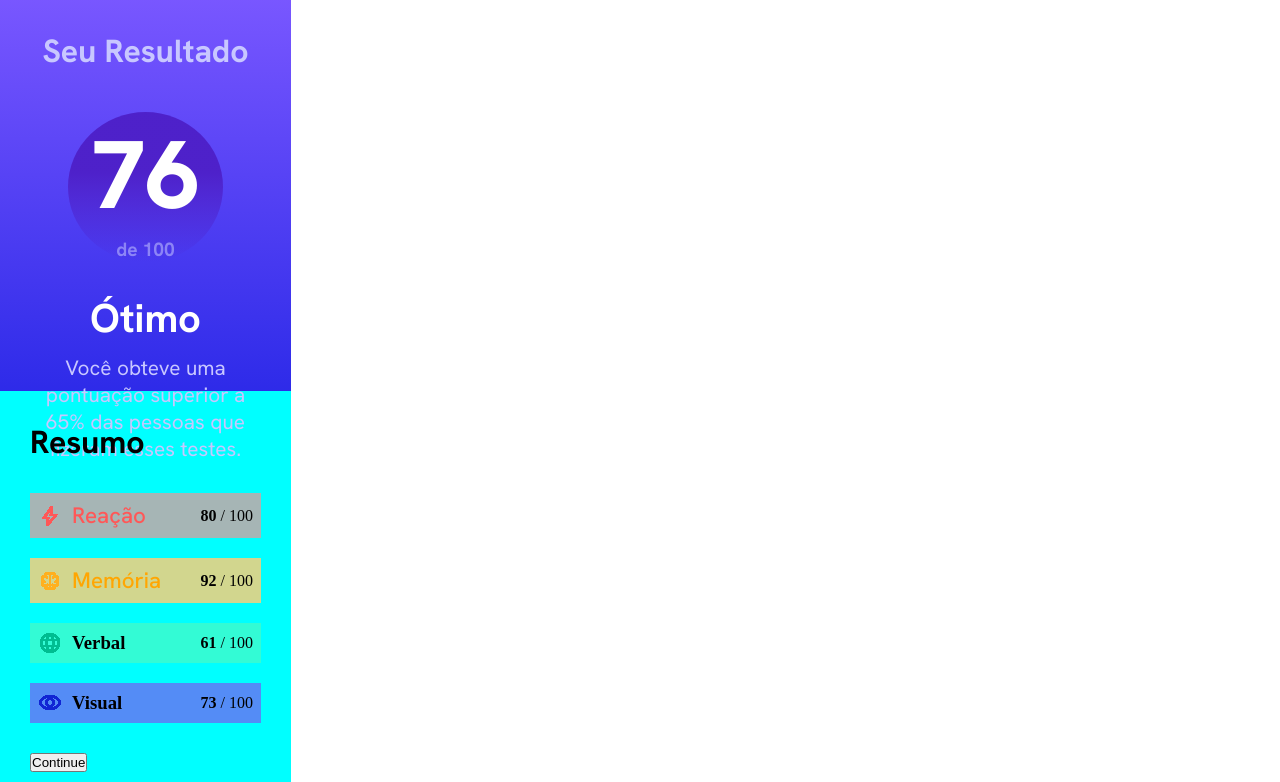
Repository: caique2512/resumo-de-resultados
Page: index.html
These files come from the project's save history. The page is drawn as it stood at one moment and after a run of saves; the edit follows.
The browser window is 1280 px wide. The pictures show the whole page.

Above is the page before, as saved 2026-03-13 17:19:12.

After the next 3 saves:
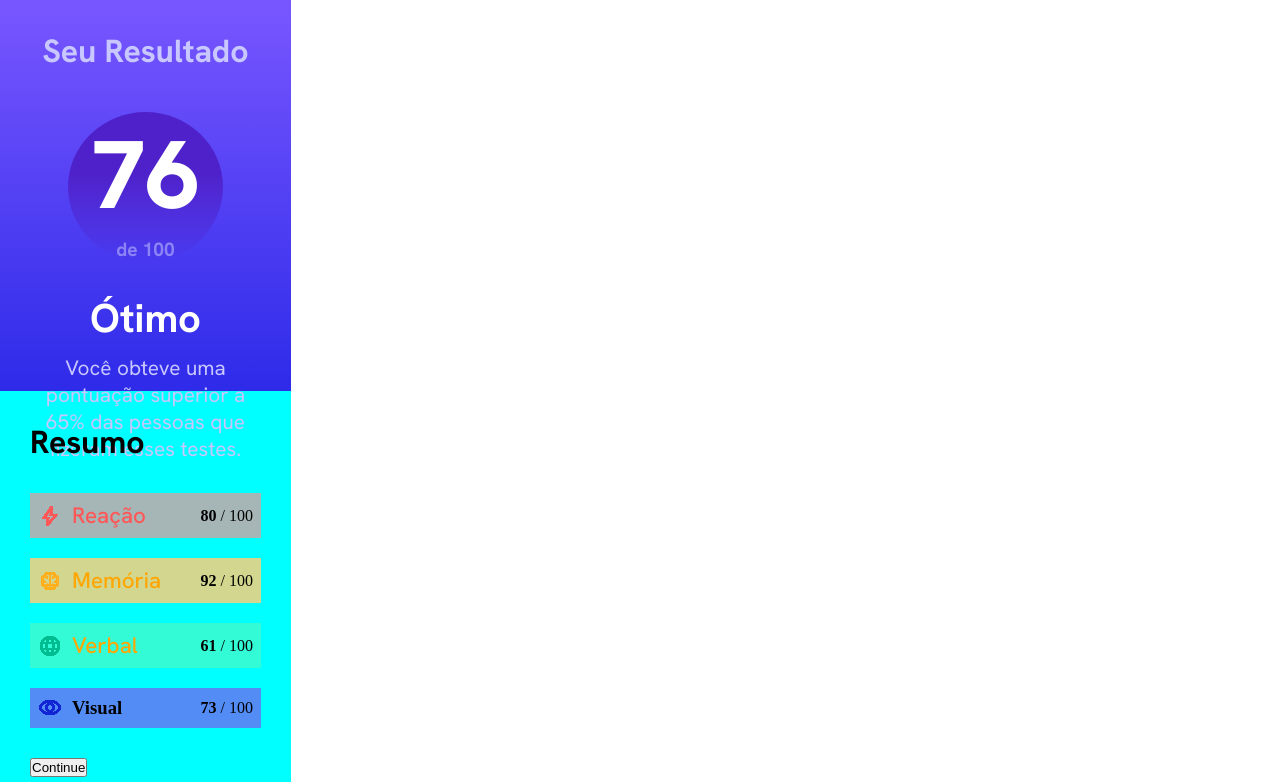
The 3 saves are shown as one change because they came seconds apart.
The last was saved 12 s later.
--- a/src/css/estilos.css
+++ b/src/css/estilos.css
@@ -122,6 +122,13 @@
     padding: 8px;
 }
 
+.resultado .resumo3 h3 {
+    color: #ffa602;
+    font-family: "Hanken Grotesk";
+    font-size: 1.4rem;
+    font-weight: 500;
+}
+
 .resultado .classes .resumo3 div {
     display: flex;
     align-items: center;
